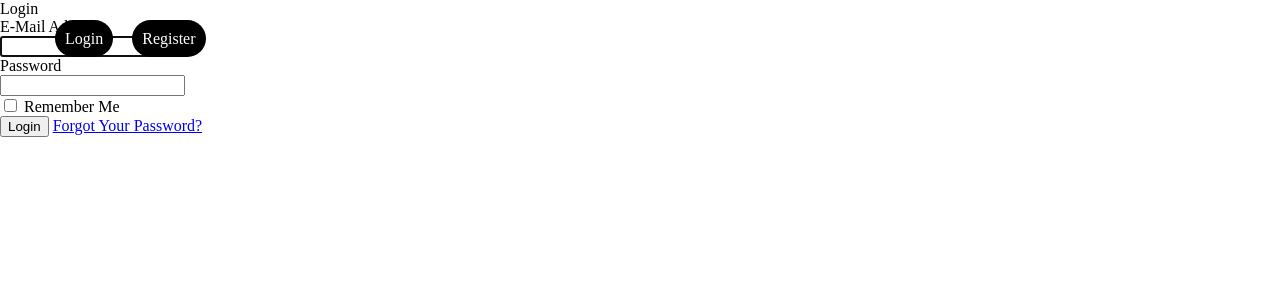
Repository: PatryxB/recipeCook
Page: http://localhost/login
An editor plug-in stored every save of this project. The page is shown before and after the next save, followed by the edit.
The browser window is 1280 px wide. The pictures show the whole page.
The page is served by the project's Laravel application, run on PHP 8.4 with Laravel 8. Style sheets and scripts are compiled from the project's sources, by tool versions that may differ from the author's.

Above is the page before, as saved 2020-05-02 11:19:07.

After the next save:
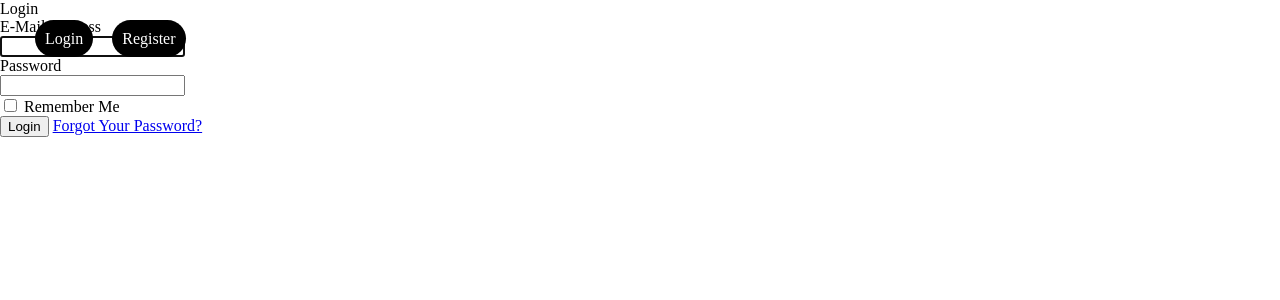
Saved 10 s later.
--- a/resources/sass/app.scss
+++ b/resources/sass/app.scss
@@ -12,7 +12,7 @@ html, body{
 nav{
     position: absolute;
     top: 30px;
-    left: 40px;
+    left: 20px;
     z-index: 999;
 }
 nav a{
